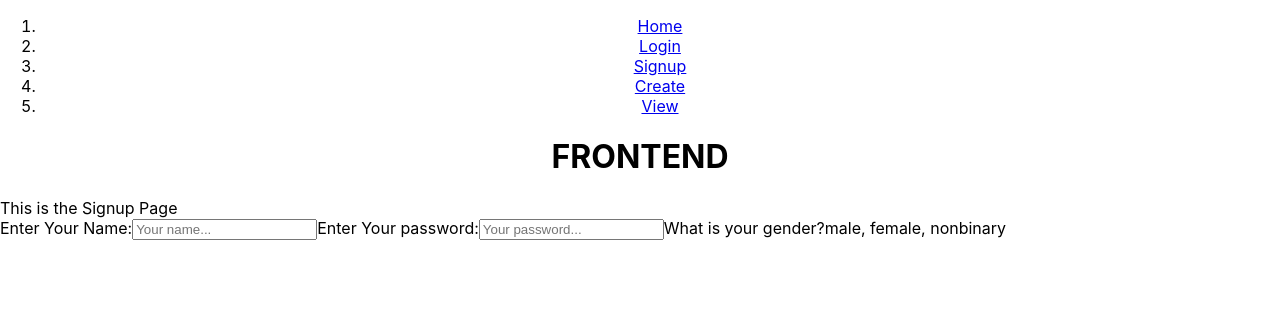
Repository: MikeTroianello/SuPro
Page: /signup (app in frontend/)
An editor plug-in stored every save of this project. The page is shown before and after the next save, followed by the edit.
The browser window is 1280 px wide. The pictures show the whole page.
The project was rebuilt for these pictures with package versions that can differ from the ones it lists, and the page was loaded fresh each time. A package was used in the major version that the imports need, not the one package.json lists. Also part of the build but not shown: frontend/src/components/Home.js, frontend/src/components/Login.js, frontend/src/components/Create.js, frontend/src/components/View.js.

Above is the page before, as saved 2019-10-04 14:09:40.

### frontend/src/App.js
import React from 'react';
import { BrowserRouter as Router, Route, Switch, Link } from 'react-router-dom';

import Home from './components/Home';
import Login from './components/Login';
import Signup from './components/Signup';
import Create from './components/Create';
import View from './components/View';
import Navbar from './components/Navbar';

import './App.css';

class App extends React.Component {
  render() {
    return (
      <Router>
        <div className='App'>
          <Navbar />
          <h1>FRONTEND</h1>
        </div>
        <Switch>
          <Route exact path='/' component={Home} />
          <Route exact path='/signup' component={Signup} />
          <Route exact path='/login' component={Login} />
          <Route exact path='/create' component={Create} />
          <Route exact path='/view' component={View} />
        </Switch>
      </Router>
    );
  }
}

export default App;

### frontend/src/components/Signup.js
import React, { Component } from 'react';

export default class Signup extends Component {
  render() {
    return (
      <div>
        This is the Signup Page
        <form onSubmit={this.handleSubmit}>
          <label for='name'>Enter Your Name:</label>
          <input name='name' placeholder='Your name...' />
          <label for='password'>Enter Your password:</label>
          <input name='password' placeholder='Your password...' />
          <label for='gender'>What is your gender?</label>
          <list>male, female, nonbinary</list>
        </form>
      </div>
    );
  }
}

### frontend/src/components/Navbar.js
import React from 'react';
import { Link } from 'react-router-dom';

export default function Navbar() {
  return (
    <div>
      <ol>
        <li>
          <Link to='/'>Home</Link>
        </li>
        <li>
          <Link to='/login'>Login</Link>
        </li>
        <li>
          <Link to='/signup'>Signup</Link>
        </li>
        <li>
          <Link to='/create'>Create</Link>
        </li>
        <li>
          <Link to='/view'>View</Link>
        </li>
      </ol>
    </div>
  );
}

Loaded but not shown: frontend/public/index.html (common file); frontend/src/index.js (common file); frontend/src/index.css (common file); frontend/src/serviceWorker.js (common file); frontend/src/App.css (common file)

After the next save:
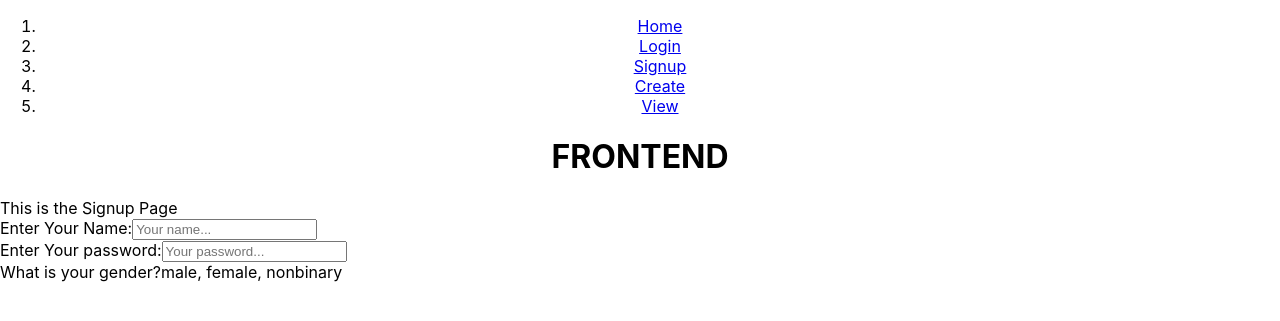
Saved 6 min 47 s later.
--- a/frontend/src/components/Signup.js
+++ b/frontend/src/components/Signup.js
@@ -6,12 +6,18 @@ export default class Signup extends Component {
       <div>
         This is the Signup Page
         <form onSubmit={this.handleSubmit}>
-          <label for='name'>Enter Your Name:</label>
-          <input name='name' placeholder='Your name...' />
-          <label for='password'>Enter Your password:</label>
-          <input name='password' placeholder='Your password...' />
-          <label for='gender'>What is your gender?</label>
-          <list>male, female, nonbinary</list>
+          <div className='form-piece'>
+            <label for='name'>Enter Your Name:</label>
+            <input name='name' placeholder='Your name...' />
+          </div>
+          <div className='form-piece'>
+            <label for='password'>Enter Your password:</label>
+            <input name='password' placeholder='Your password...' />
+          </div>
+          <div className='form-piece'>
+            <label for='gender'>What is your gender?</label>
+            <list>male, female, nonbinary</list>
+          </div>
         </form>
       </div>
     );
